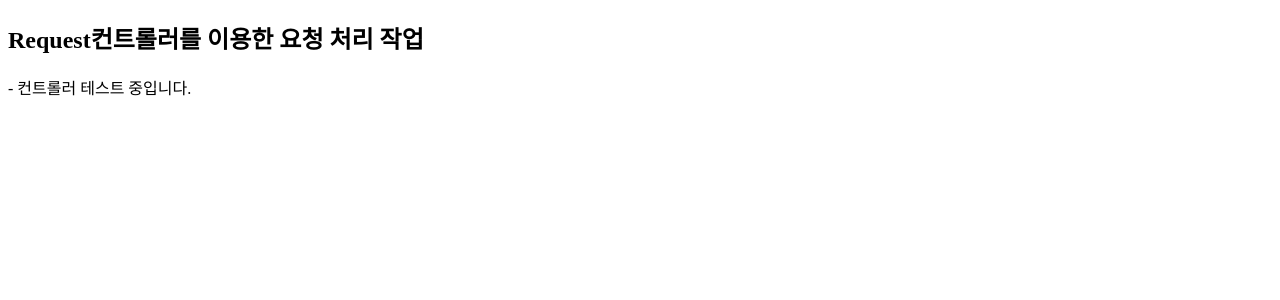
Repository: Moonsoyeon/KG-Spring
Page: http://localhost/SpringWebBasic/request/req
The author's editor kept a copy of each file at every save. The page is drawn from the files as they stood at one save, then again after the next save.
The browser window is 1280 px wide. The pictures show the whole page.
The page is served by Tomcat 9. Other server files are loaded and not shown.

Above is the page before, as saved 2021-06-08 05:59:13.

### SpringWebBasic/src/main/webapp/WEB-INF/views/request/req-ex01.jsp
<%@ page language="java" contentType="text/html; charset=UTF-8"
    pageEncoding="UTF-8"%>
<!DOCTYPE html>
<html>
<head>
<meta charset="UTF-8">
<title>Insert title here</title>
</head>
<body>

<h2>Request컨트롤러를 이용한 요청 처리 작업</h2>
<p>- 컨트롤러 테스트 중입니다.</p>
</body>
</html>

After the next save:
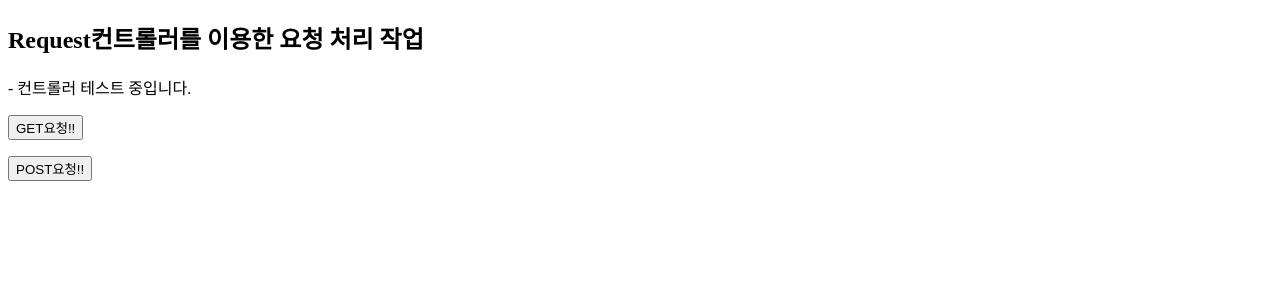
Saved 110 s later.
--- a/SpringWebBasic/src/main/webapp/WEB-INF/views/request/req-ex01.jsp
+++ b/SpringWebBasic/src/main/webapp/WEB-INF/views/request/req-ex01.jsp
@@ -10,5 +10,14 @@
 
 <h2>Request컨트롤러를 이용한 요청 처리 작업</h2>
 <p>- 컨트롤러 테스트 중입니다.</p>
+
+<form action = "/web/request/basic01" method = "get">
+	<p><input type = "submit" value = "GET요청!!"></p>
+</form>
+
+<form action = "/web/request/basic01" method = "post">
+	<p><input type = "submit" value = "POST요청!!"></p>
+</form>
+
 </body>
 </html>
